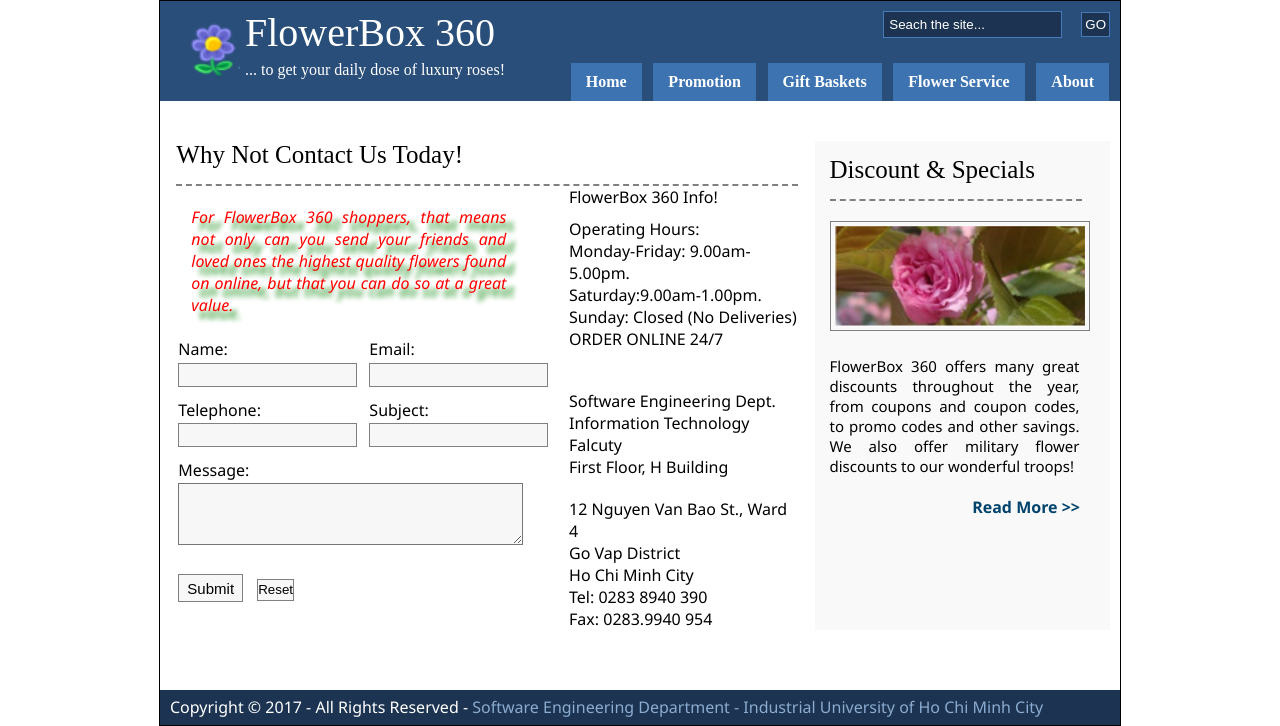
Repository: thu1365/BTKT_WEB
Page: HTML/btkt.html
These files come from the project's save history. The page is drawn as it stood at one moment and after the next save; the edit follows.
The browser window is 1280 px wide. The pictures show the whole page.

Above is the page before, as saved 2023-03-11 20:59:55.

After the next save:
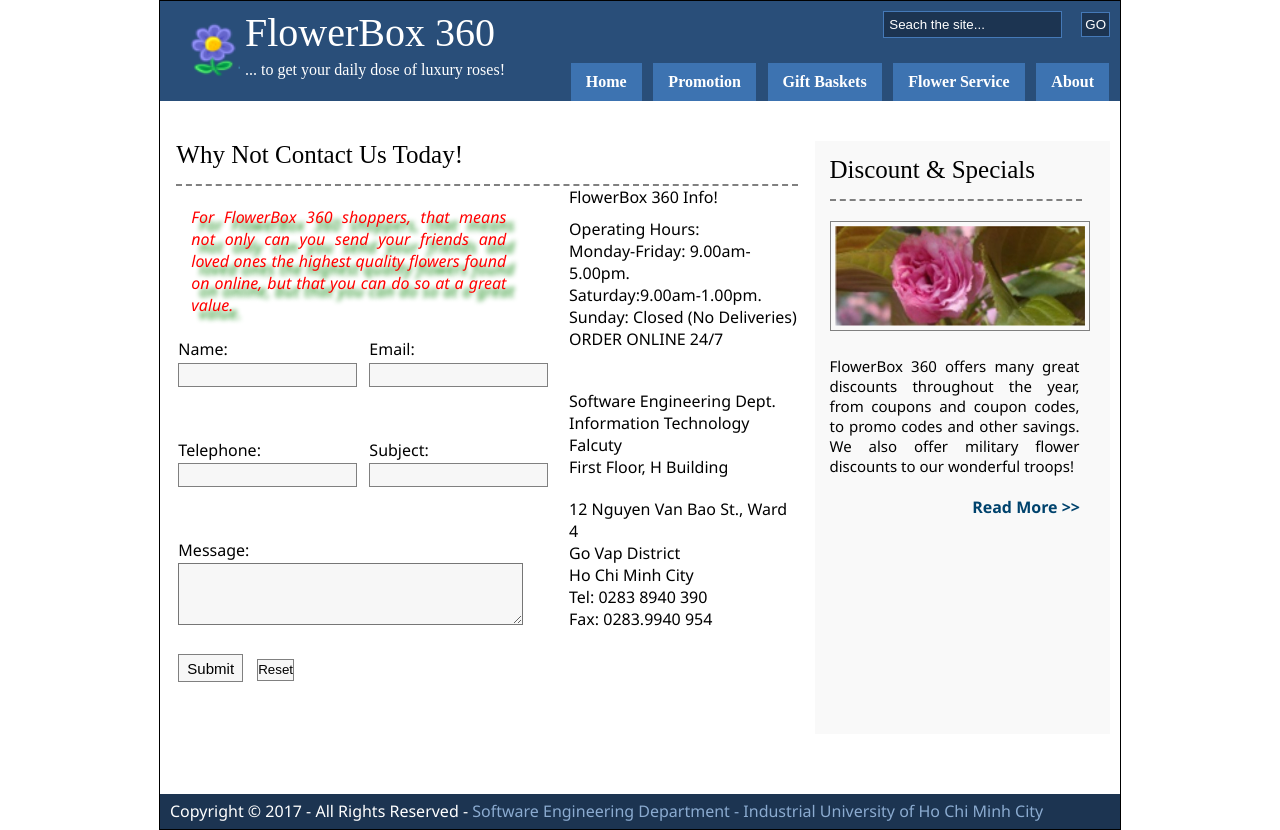
Saved 25 s later.
--- a/HTML/btkt.html
+++ b/HTML/btkt.html
@@ -179,7 +179,7 @@
         table input {
             height: 22px;
             margin-right: 10px;
-            margin-bottom: 10px;
+            margin-bottom: 50px;
             background-color: #f7f7f7;
             border: 1px solid gray;
         }

After the save that followed:
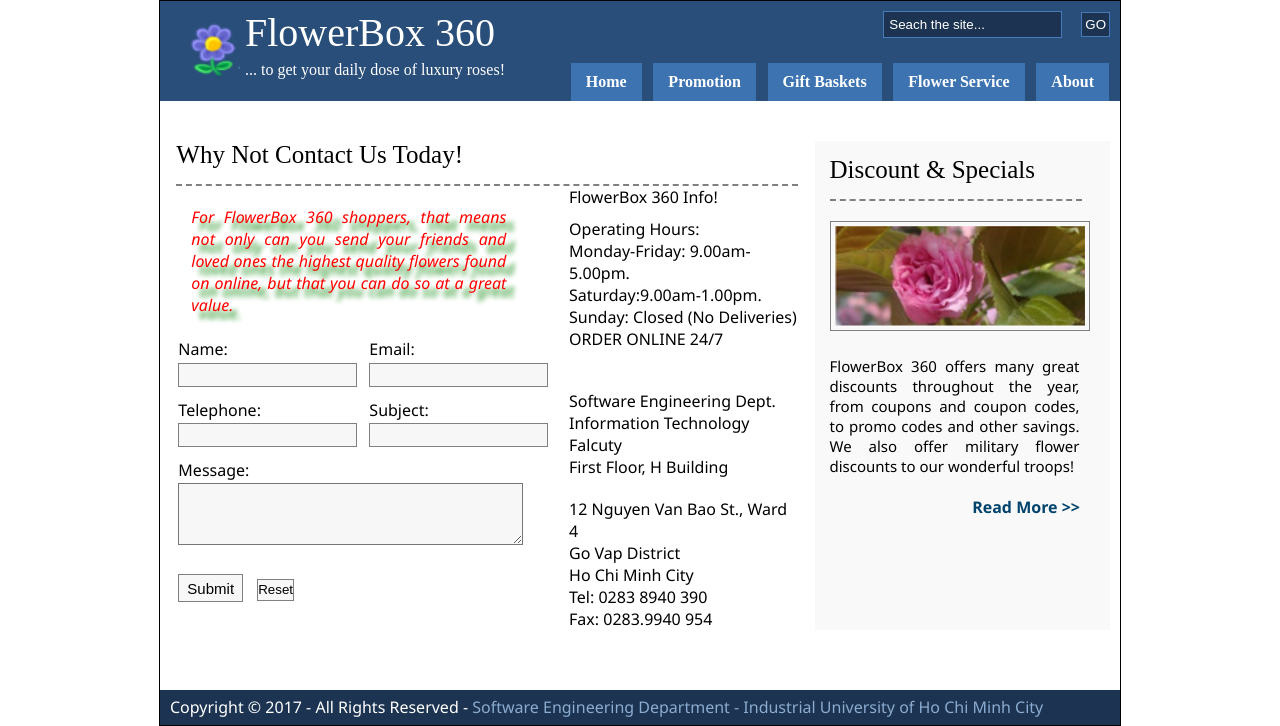
Saved 4 s later.
--- a/HTML/btkt.html
+++ b/HTML/btkt.html
@@ -179,7 +179,7 @@
         table input {
             height: 22px;
             margin-right: 10px;
-            margin-bottom: 50px;
+            margin-bottom: 10px;
             background-color: #f7f7f7;
             border: 1px solid gray;
         }
